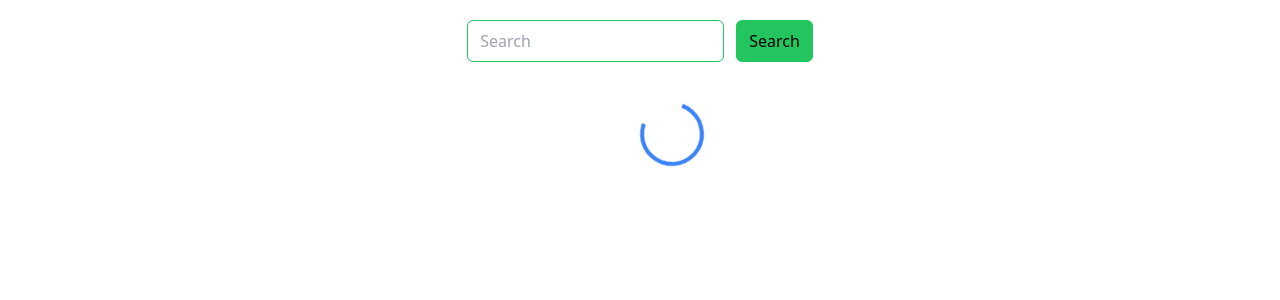
Repository: kimhieu153255/Image-search-app
Page: /
An editor plug-in stored every save of this project. The page is shown before and after the next save, followed by the edit.
The browser window is 1280 px wide. The pictures show the whole page.
The page's requests for data from a server got no answer. The project was rebuilt for these pictures with package versions that can differ from the ones it lists, and the page was loaded fresh each time. No one was signed in, and anything a server would have sent is missing. Also part of the build but not shown: vite.config.js, src/Components/Card/Card.jsx.

Above is the page before, as saved 2023-10-27 00:54:02.

### index.html
<!doctype html>
<html lang="en">
  <head>
    <meta charset="UTF-8" />
    <link rel="icon" type="image/svg+xml" href="/vite.svg" />
    <meta name="viewport" content="width=device-width, initial-scale=1.0" />
    <title>20120474-LeKimHieu</title>
  </head>
  <body>
    <div id="root"></div>
    <script type="module" src="/src/main.jsx"></script>
  </body>
</html>

### src/main.jsx
import React from "react";
import ReactDOM from "react-dom/client";
import App from "./App.jsx";
import "./index.css";
import { DataProvider } from "./Components/Contexts/Data.jsx";

ReactDOM.createRoot(document.getElementById("root")).render(
  <React.StrictMode>
    <DataProvider>
      <App />
    </DataProvider>
  </React.StrictMode>
);

### src/App.jsx
import { useContext, useEffect } from "react";
import CardList from "./Components/Card/CardList";
import Search from "./Components/Search/Search";
import { DataContext } from "./Components/Contexts/Data";
import { debounce } from "lodash";

function App() {
  const isLoading = useContext(DataContext).isLoading;
  const { setDataFunc, page } = useContext(DataContext);

  useEffect(() => {
    const handleScroll = debounce(() => {
      const scrollY = window.scrollY || window.pageYOffset;
      const windowHeight = window.innerHeight;
      const viewHeight = document.body.scrollHeight;
      if (scrollY + windowHeight >= viewHeight) setDataFunc(page + 1);
    }, 1000);
    window.addEventListener("scroll", handleScroll);
    return () => {
      window.removeEventListener("scroll", handleScroll);
    };
  }, [page, setDataFunc]);

  return (
    <div className="w-full relative">
      <div className="flex flex-col items-center gap-5 my-5">
        <Search></Search>
        <CardList></CardList>
        {isLoading && (
          <div className="inset-0 backdrop-blur-sm">
            <div className="inline-block h-16 w-16 animate-spin rounded-full border-4 border-solid border-r-transparent align-[-0.125em] text-secondary motion-reduce:animate-[spin_1.5s_linear_infinite] border-blue-500 absolute top-1/2 left-1/2 backdrop-blur-[2px]">
              <span className="!absolute !-m-px !h-px !w-px !overflow-hidden !whitespace-nowrap !border-0 !p-0 ![clip:rect(0,0,0,0)]"></span>
            </div>
          </div>
        )}
      </div>
    </div>
  );
}

export default App;

### src/Components/Contexts/Data.jsx
import { createContext, useState } from "react";
import AxiosInstance from "../Axios/AxiosInstance";
const DataContext = createContext();

const DataProvider = (props) => {
  const [data, setData] = useState([]);
  const [page, setPage] = useState(1);
  const [search, setSearch] = useState("");
  const [isLoading, setIsLoading] = useState(false);

  const setDataFunc = async (pageTemp) => {
    try {
      setIsLoading(true);
      const res = await AxiosInstance.get(`&query=${search}&page=${pageTemp}`);
      if (res) {
        const temp = res.data.results.map((item) => {
          return {
            id: item.id,
            alt_description: item.alt_description,
            url: item.urls.thumb,
          };
        });
        if (pageTemp === 1) {
          setData(temp);
          setPage(1);
        } else {
          setData((prev) => [...prev, ...temp]);
          setPage(pageTemp + 1);
        }
      }
    } catch (err) {
      console.log(err);
    }
  };

  const value = {
    data,
    setData,
    search,
    setSearch,
    page,
    setPage,
    setDataFunc,
    isLoading,
  };
  return <DataContext.Provider value={value} {...props}></DataContext.Provider>;
};

export { DataContext, DataProvider };

### src/Components/Card/CardList.jsx
import { useContext } from "react";
import { DataContext } from "../Contexts/Data";
import Card from "./Card";

const CardList = () => {
  const data = useContext(DataContext);
  return (
    <div className="grid sm:grid-cols-3 md:grid-cols-4 lg:grid-cols-5 gap-3">
      {data.data.map((item) => (
        <Card key={item.id} title={item.alt_description} src={item.url}></Card>
      ))}
    </div>
  );
};

export default CardList;

### src/Components/Search/Search.jsx
import { useContext } from "react";
import { DataContext } from "../Contexts/Data";

const Search = () => {
  const { setDataFunc, setSearch, search } = useContext(DataContext);
  return (
    <div className="flex gap-3">
      <input
        type="text"
        placeholder="Search"
        className="inline-block px-3 py-2 border border-green-500 rounded-md"
        onChange={(e) => {
          console.log(e.target.value, search);
          setSearch(e.target.value);
        }}
      />
      <button
        type="submit"
        className="px-3 py-2 bg-green-500 border border-green-500 hover:bg-green-600 hover:border-green-600 rounded-md"
        onClick={() => {
          setDataFunc(1);
        }}
      >
        Search
      </button>
    </div>
  );
};

export default Search;

### src/Components/Axios/AxiosInstance.jsx
import axios from "axios";
import KeyAPI from "../../KeyAPI";

const AxiosInstance = axios.create({
  baseURL: `https://api.unsplash.com/search/photos?client_id=${KeyAPI.Access_Key}&per_page=20`,
});

export default AxiosInstance;

### src/KeyAPI.js
const KeyAPI = {
  Access_Key: "7Lcwlh9DbVauadS0QCdraGyZjRFFbjqd0XSuBE-jzFM",
  Secret_key: "nPKRLW2TfslTWSn-oJcRIoZNJ9j4_6ySiHVUvNd4sGY",
};
export default KeyAPI;

Loaded but not shown: src/index.css (common file); tailwind.config.js (common file)

After the next save:
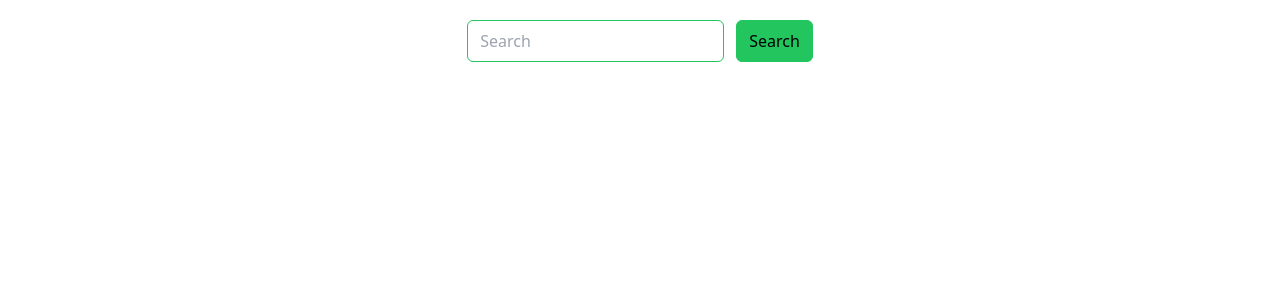
Saved 4 s later.
--- a/src/Components/Contexts/Data.jsx
+++ b/src/Components/Contexts/Data.jsx
@@ -10,7 +10,6 @@
 
   const setDataFunc = async (pageTemp) => {
     try {
-      setIsLoading(true);
       const res = await AxiosInstance.get(`&query=${search}&page=${pageTemp}`);
       if (res) {
         const temp = res.data.results.map((item) => {

After the 4 saves that followed:
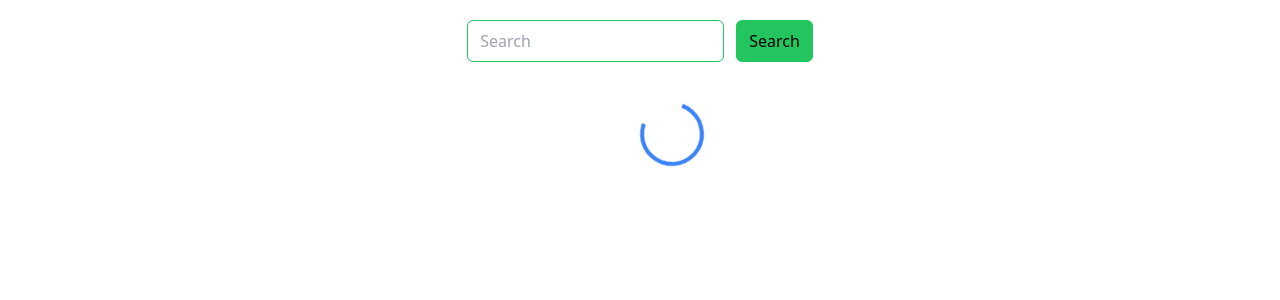
The 4 saves are shown as one change because 2 left the picture as it was and some came seconds apart.
The last was saved 64 s later.
--- a/src/App.jsx
+++ b/src/App.jsx
@@ -1,15 +1,16 @@
-import { useContext, useEffect } from "react";
+import { useContext, useEffect, useState } from "react";
 import CardList from "./Components/Card/CardList";
 import Search from "./Components/Search/Search";
 import { DataContext } from "./Components/Contexts/Data";
-import { debounce } from "lodash";
+import { debounce, set } from "lodash";
 
 function App() {
-  const isLoading = useContext(DataContext).isLoading;
   const { setDataFunc, page } = useContext(DataContext);
+  const [isLoading, setIsLoading] = useState(false);
 
   useEffect(() => {
     const handleScroll = debounce(() => {
+      setIsLoading(true);
       const scrollY = window.scrollY || window.pageYOffset;
       const windowHeight = window.innerHeight;
       const viewHeight = document.body.scrollHeight;
--- a/src/Components/Contexts/Data.jsx
+++ b/src/Components/Contexts/Data.jsx
@@ -6,7 +6,6 @@
   const [data, setData] = useState([]);
   const [page, setPage] = useState(1);
   const [search, setSearch] = useState("");
-  const [isLoading, setIsLoading] = useState(false);
 
   const setDataFunc = async (pageTemp) => {
     try {
@@ -40,7 +39,6 @@
     page,
     setPage,
     setDataFunc,
-    isLoading,
   };
   return <DataContext.Provider value={value} {...props}></DataContext.Provider>;
 };
